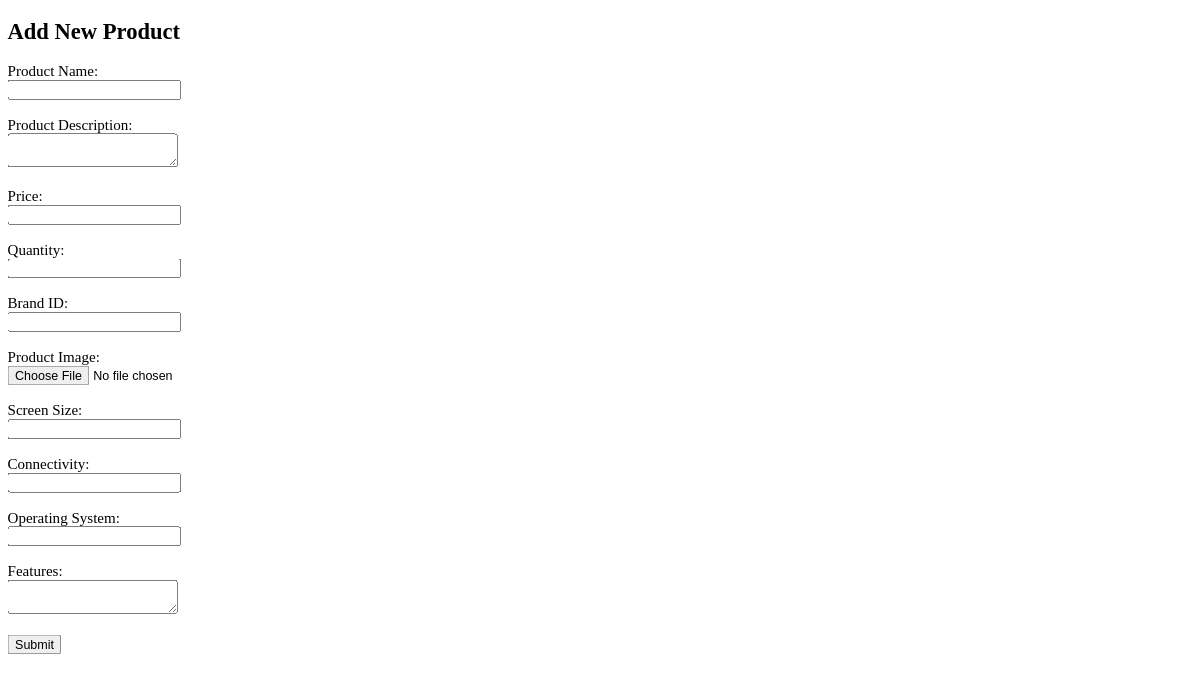
Repository: Thalapaty123/TimizStore
Page: http://localhost/TimZyStore/pages/AddProduct.jsp
These files come from the project's save history. The page is drawn as it stood at one moment and after the next save; the edit follows.
The browser window is 1280 px wide. The pictures show the whole page, at 94% of full size.
The page is served by Tomcat 9. Nobody is signed in. The application's start-up code is not run.

Above is the page before, as saved 2024-05-06 17:57:49.

After the next save:
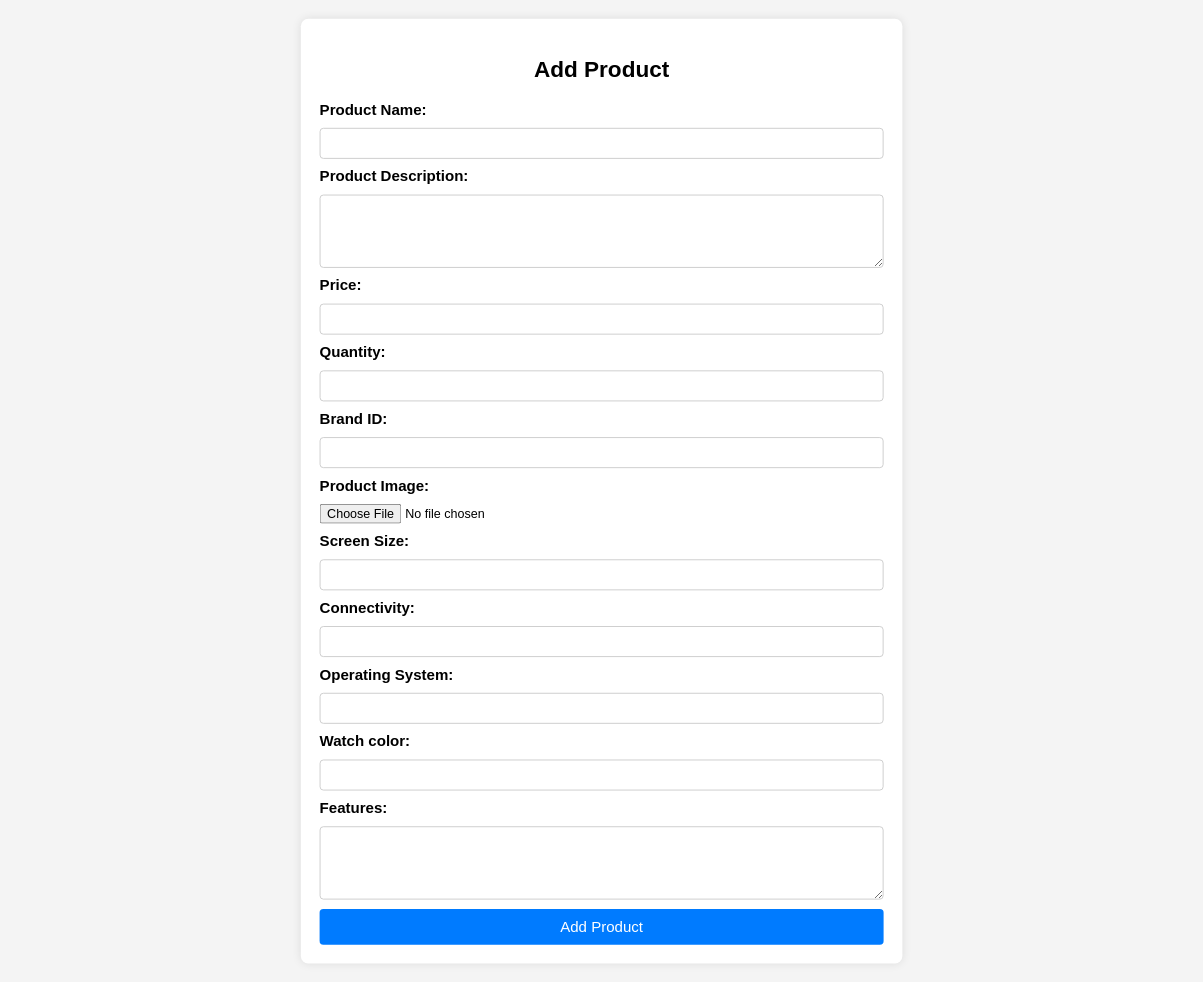
Saved 18 s later.
--- a/TimZyStore/src/main/webapp/pages/AddProduct.jsp
+++ b/TimZyStore/src/main/webapp/pages/AddProduct.jsp
@@ -1,49 +1,113 @@
-<%@ page language="java" contentType="text/html; charset=ISO-8859-1" pageEncoding="ISO-8859-1"%>
+<%@ page language="java" contentType="text/html; charset=ISO-8859-1"
+    pageEncoding="ISO-8859-1"%>
 <!DOCTYPE html>
 <html lang="en">
 <head>
     <meta charset="UTF-8">
     <meta name="viewport" content="width=device-width, initial-scale=1.0">
-    <title>Add New Product</title>
+    <title>Add Product</title>
+    <style>
+        body {
+            font-family: Arial, sans-serif;
+            background-color: #f4f4f4;
+            margin: 0;
+            padding: 0;
+        }
+        .container {
+            max-width: 600px;
+            margin: 20px auto;
+            padding: 20px;
+            background-color: #fff;
+            border-radius: 8px;
+            box-shadow: 0 0 10px rgba(0, 0, 0, 0.1);
+        }
+        h2 {
+            text-align: center;
+            margin-bottom: 20px;
+        }
+        form {
+            display: grid;
+            grid-gap: 10px;
+        }
+        label {
+            font-weight: bold;
+        }
+        input[type="text"], input[type="number"], textarea {
+            width: 100%;
+            padding: 8px;
+            border: 1px solid #ccc;
+            border-radius: 4px;
+            box-sizing: border-box;
+        }
+        input[type="submit"] {
+            width: auto;
+            padding: 10px 20px;
+            background-color: #007bff;
+            color: #fff;
+            border: none;
+            border-radius: 4px;
+            cursor: pointer;
+            font-size: 16px;
+        }
+        input[type="submit"]:hover {
+            background-color: #0056b3;
+        }
+    </style>
 </head>
 <body>
-	 <%-- Display message if available --%>
-    <% if (request.getAttribute("message") != null) { %>
-        <p><%= request.getAttribute("message") %></p>
+    <div class="container">
+        <h2>Add Product</h2>
+        <div class="messages">
+        	    <%-- Display success message if available --%>
+    <% if (request.getAttribute("successMessage") != null) { %>
+        <div style="color: green;">
+            <%= request.getAttribute("successMessage") %>
+        </div>
     <% } %>
-    <h2>Add New Product</h2>
-    <form action="/AddProductServlet" method="post" enctype="multipart/form-data">
-        <label for="product_name">Product Name:</label><br>
-        <input type="text" id="product_name" name="product_name" required><br><br>
 
-        <label for="product_description">Product Description:</label><br>
-        <textarea id="product_description" name="product_description"></textarea><br><br>
+    <%-- Display error message if available --%>
+    <% if (request.getAttribute("errorMessage") != null) { %>
+        <div style="color: red;">
+            <%= request.getAttribute("errorMessage") %>
+        </div>
+    <% } %>
+        </div>
+        <form action="${pageContext.request.contextPath}/AddProductServlet" method="POST" enctype="multipart/form-data">
+            <label for="productName">Product Name:</label>
+            <input type="text" id="productName" name="product_name" required>
 
-        <label for="price">Price:</label><br>
-        <input type="number" id="price" name="price" step="0.01" min="0" required><br><br>
+            <label for="productDescription">Product Description:</label>
+            <textarea id="productDescription" name="product_description" rows="4"></textarea>
 
-        <label for="quantity">Quantity:</label><br>
-        <input type="number" id="quantity" name="quantity" min="0" required><br><br>
+            <label for="price">Price:</label>
+            <input type="number" id="price" name="price" min="0" step="0.01" required>
 
-        <label for="brand_id">Brand ID:</label><br>
-        <input type="number" id="brand_id" name="brand_id" min="1"><br><br>
+            <label for="quantity">Quantity:</label>
+            <input type="number" id="quantity" name="quantity" min="0" required>
 
-        <label for="product_image">Product Image:</label><br>
-        <input type="file" id="product_image" name="product_image"><br><br>
+            <label for="brandId">Brand ID:</label>
+            <input type="number" id="brandId" name="brand_id" min="0">
 
-        <label for="screen_size">Screen Size:</label><br>
-        <input type="number" id="screen_size" name="screen_size" step="0.01" min="0"><br><br>
+            <label for="productImage">Product Image:</label>
+            <input type="file" id="productImage" name="product_image">
 
-        <label for="connectivity">Connectivity:</label><br>
-        <input type="text" id="connectivity" name="connectivity"><br><br>
+            <label for="screenSize">Screen Size:</label>
+            <input type="number" id="screenSize" name="screen_size" min="0" step="0.01">
 
-        <label for="os">Operating System:</label><br>
-        <input type="text" id="os" name="os"><br><br>
+            <label for="connectivity">Connectivity:</label>
+            <input type="text" id="connectivity" name="connectivity">
 
-        <label for="features">Features:</label><br>
-        <textarea id="features" name="features"></textarea><br><br>
+            <label for="os">Operating System:</label>
+            <input type="text" id="os" name="os">
 
-        <input type="submit" value="Submit">
-    </form>
+            <label for="os">Watch color:</label>
+            <input type="text" id="color" name="color">
+
+            <label for="features">Features:</label>
+            <textarea id="features" name="features" rows="4"></textarea>
+
+            <input type="submit" value="Add Product">
+        </form>
+    </div>
 </body>
 </html>
